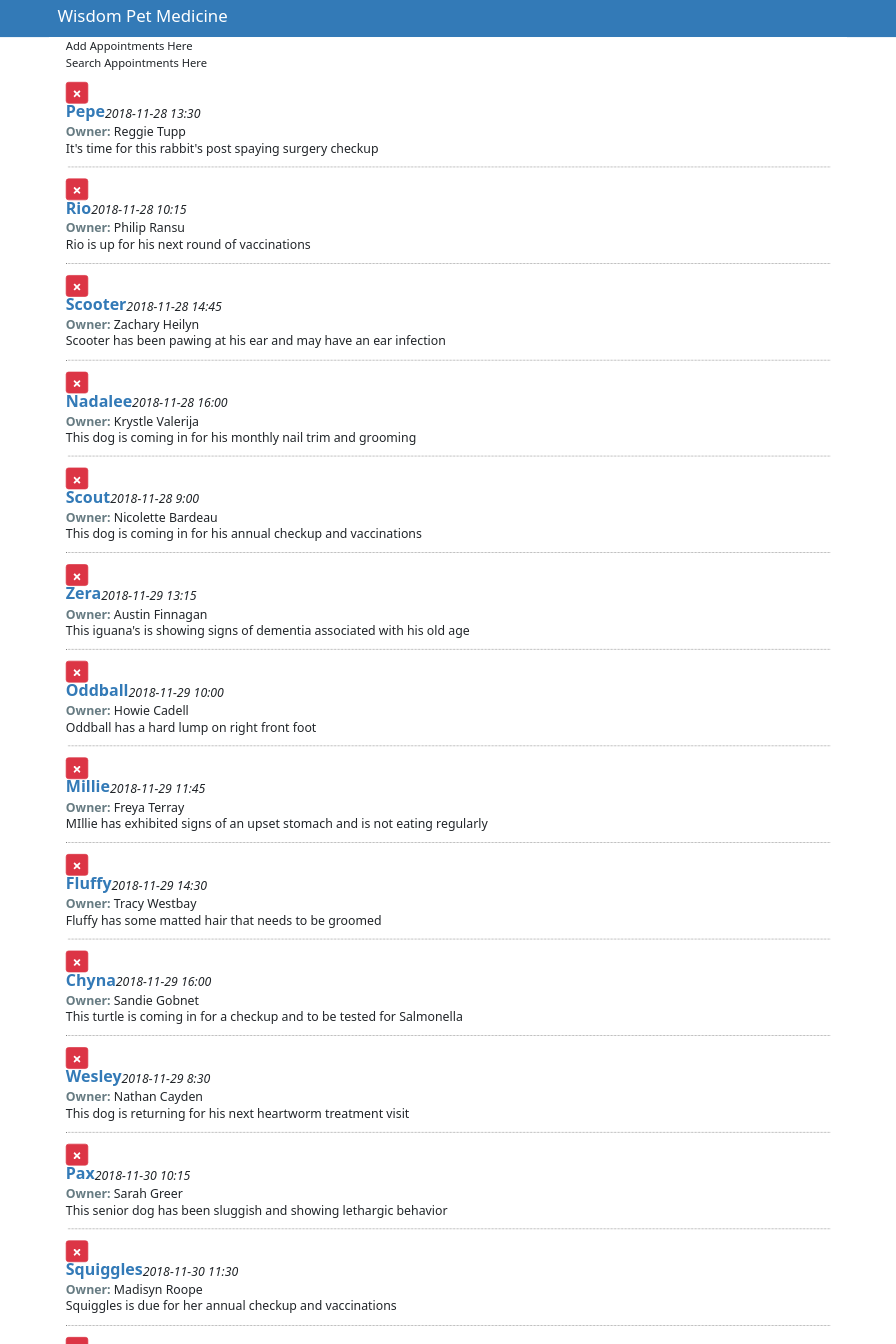
Repository: DevLuDaley/reactinterface
Page: /
These files come from the project's save history. The page is drawn as it stood at one moment and after the next save; the edit follows.
The browser window is 1280 px wide. The pictures show the part of the page from y = 0 to 1920 px (the page is 3618 px tall), at 70% of full size.
The project was rebuilt for these pictures with package versions that can differ from the ones it lists, and the page was loaded fresh each time.

Above is the page before, as saved 2021-02-04 18:54:36.

### public/index.html
<!DOCTYPE html>
<html lang="en">
  <head>
    <meta charset="utf-8" />
    <link rel="icon" href="%PUBLIC_URL%/favicon.ico" />
    <meta name="viewport" content="width=device-width, initial-scale=1" />
    <meta name="theme-color" content="#000000" />
    <meta
      name="description"
      content="Web site created using create-react-app"
    />
    <link rel="apple-touch-icon" href="%PUBLIC_URL%/logo192.png" />
    <!--
      manifest.json provides metadata used when your web app is installed on a
      user's mobile device or desktop. See https://developers.google.com/web/fundamentals/web-app-manifest/
    -->
    <link rel="manifest" href="%PUBLIC_URL%/manifest.json" />
    <!--
      Notice the use of %PUBLIC_URL% in the tags above.
      It will be replaced with the URL of the `public` folder during the build.
      Only files inside the `public` folder can be referenced from the HTML.

      Unlike "/favicon.ico" or "favicon.ico", "%PUBLIC_URL%/favicon.ico" will
      work correctly both with client-side routing and a non-root public URL.
      Learn how to configure a non-root public URL by running `npm run build`.
    -->
    <title>React App</title>
  </head>
  <body>
    <noscript>You need to enable JavaScript to run this app.</noscript>
    <header class="container text-white">
      <h4 class="py-2">Wisdom Pet Medicine</h4>
    </header>

    <div id="root"></div>

    <footer class="container d-flex text-white py-2">
      <p>
        All contents &copy; 2018
        <a href="https://www.linkedin.com/learning">LinkedIn Learning</a>. All
        rights reserved.
      </p>
      <div class="ml-auto">
        <a class="d-block text-white" href="#">Terms of use</a>
        <a class="d-block text-white" href="#">Privacy policy</a>
      </div>
      <!-- col-md-6 -->
    </footer>
    <!-- footer -->
  </body>
</html>

### src/index.js
import React from 'react';
import ReactDOM from 'react-dom';
import 'bootstrap/dist/css/bootstrap.css'
import './css/index.css';
import App from './components/App';
import reportWebVitals from './reportWebVitals';
// import * as serviceWorker from './serviceWorker';
import 'jquery/dist/jquery'
import 'popper.js/dist/umd/popper'
import 'bootstrap/dist/js/bootstrap'

ReactDOM.render(
  <React.StrictMode>
    <App />
  </React.StrictMode>,
  document.getElementById('root')
);

// If you want to start measuring performance in your app, pass a function
// to log results (for example: reportWebVitals(console.log))
// or send to an analytics endpoint. Learn more: https://bit.ly/CRA-vitals
// serviceWorker.unregister()
reportWebVitals();

### src/components/App.js
import React, { Component } from 'react'
import '../css/App.css';
import AddAppointments from './AddAppointments';
import SearchAppointments from './SearchAppointments';
import ListAppointments from './ListAppointments';

class App extends Component {
  constructor(props) {
    super(props);
    this.state = {
      // myName: 'LH',
      authorized: true,
      myAppointments: [],
      lastIndex: 0
     }
  }
  componentDidMount() {
    fetch('./data.json')
    .then(response => response.json())
    .then(result => {
      const apts = result.map(item => {
        item.aptId = this.state.lastIndex
        this.setState({ lastIndex: this.state.lastIndex + 1})
        return item;
      })
      this.setState({
        myAppointments: apts
      })
    })
  }

  render() {
    // const listItems = this.state.myAppointments.map(item => (
    //   <div>
    //     <div>
    //       {item.petName}
    //     </div>
    //       <div>{item.ownerName}</div>
    //   </div>
    // ))
    return (
      // <div className="App">
            <main className="page bg-white" id="petratings">
        <div className="container">
          <div className="row">
            <div className="col-md-12 bg-white">
              <div className="container">
              {/* { this.state.myName} */}
              {/* { listItems } */}
                <div> <AddAppointments /> </div>
                <div> <SearchAppointments authorized={true}/> </div>
                <div> <ListAppointments appointments={this.state.myAppointments} /> </div>
              </div>
            </div>
          </div>
        </div>
      </main>
    // </div>
      );
  }
}

export default App;

### src/components/AddAppointments.js
import React, { Component } from 'react'

class AddAppointments extends Component {
    constructor(props) {
        super(props);
        this.state = {  }
    }
    render() {
        return (
            <div>
                Add Appointments Here
            </div>
         );
    }
}

export default AddAppointments;

### src/components/SearchAppointments.js
import React, { Component } from 'react'
class SearchAppointments extends Component {
    constructor(props) {
        super(props);
        this.state = {  }
    }
    render() {
        return (
        <div>
            Search Appointments Here
        </div>
        );
    }
}

export default SearchAppointments;

### src/components/ListAppointments.js
import React, { Component } from 'react';
import { FaTimes } from 'react-icons/fa';
// import Moment from 'react-moment';

class ListAppointments extends Component {
  render() {
    return (
      <div className="appointment-list item-list mb-3">
        {this.props.appointments.map(item => (
          <div className="pet-item col media py-3" key={item.aptId}>
            <div className="mr-3">
              <button className="pet-delete btn btn-sm btn-danger">
                <FaTimes />
              </button>
            </div>

            <div className="pet-info media-body">
              <div className="pet-head d-flex">
                <span className="pet-name">{item.petName}</span>
                <span className="apt-date ml-auto">
                  {/* <Moment */}
                    {/* date= */}
                    {item.aptDate}
                    {/* parse="YYYY-MM-dd hh:mm" */}
                    {/* format="MMM-D h:mma" */}
                  {/* /> */}
                </span>
              </div>

              <div className="owner-name">
                <span className="label-item">Owner: </span>
                <span>{item.ownerName}</span>
              </div>
              <div className="apt-notes">{item.aptNotes}</div>
            </div>
          </div>
        ))}
      </div>
    );
  }
}

export default ListAppointments;

### public/data.json
[
  {
    "petName": "Pepe",
    "ownerName": "Reggie Tupp",
    "aptNotes": "It's time for this rabbit's post spaying surgery checkup",
    "aptDate": "2018-11-28 13:30"
  },
  {
    "petName": "Rio",
    "ownerName": "Philip Ransu",
    "aptNotes": "Rio is up for his next round of vaccinations",
    "aptDate": "2018-11-28 10:15"
  },
  {
    "petName": "Scooter",
    "ownerName": "Zachary Heilyn",
    "aptNotes": "Scooter has been pawing at his ear and may have an ear infection",
    "aptDate": "2018-11-28 14:45"
  },
  {
    "petName": "Nadalee",
    "ownerName": "Krystle Valerija",
    "aptNotes": "This dog is coming in for his monthly nail trim and grooming",
    "aptDate": "2018-11-28 16:00"
  },
  {
    "petName": "Scout",
    "ownerName": "Nicolette Bardeau",
    "aptNotes": "This dog is coming in for his annual checkup and vaccinations",
    "aptDate": "2018-11-28 9:00"
  },
  {
    "petName": "Zera",
    "ownerName": "Austin Finnagan",
    "aptNotes": "This iguana's is showing signs of dementia associated with his old age",
    "aptDate": "2018-11-29 13:15"
  },
  {
    "petName": "Oddball",
    "ownerName": "Howie Cadell",
    "aptNotes": "Oddball has a hard lump on right front foot",
    "aptDate": "2018-11-29 10:00"
  },
  {
    "petName": "Millie",
    "ownerName": "Freya Terray",
    "aptNotes": "MIllie has exhibited signs of an upset stomach and is not eating regularly",
    "aptDate": "2018-11-29 11:45"
  },
  {
    "petName": "Fluffy",
    "ownerName": "Tracy Westbay",
    "aptNotes": "Fluffy has some matted hair that needs to be groomed",
    "aptDate": "2018-11-29 14:30"
  },
  {
    "petName": "Chyna",
    "ownerName": "Sandie Gobnet",
    "aptNotes": "This turtle is coming in for a checkup and to be tested for Salmonella",
    "aptDate": "2018-11-29 16:00"
  },
  {
    "petName": "Wesley",
    "ownerName": "Nathan Cayden",
    "aptNotes": "This dog is returning for his next heartworm treatment visit",
    "aptDate": "2018-11-29 8:30"
  },
  {
    "petName": "Pax",
    "ownerName": "Sarah Greer",
    "aptNotes": "This senior dog has been sluggish and showing lethargic behavior",
    "aptDate": "2018-11-30 10:15"
  },
  {
    "petName": "Squiggles",
    "ownerName": "Madisyn Roope",
    "aptNotes": "Squiggles is due for her annual checkup and vaccinations",
    "aptDate": "2018-11-30 11:30"
  },
  {
    "petName": "Lucky",
    "ownerName": "Lisa Choy-Wu",
    "aptNotes": "This cat has tartar buildup and her owner would like his teeth cleaned",
    "aptDate": "2018-11-30 14:30"
  },
  {
    "petName": "Bailey",
    "ownerName": "Leslie Richardson",
    "aptNotes": "This cat is suffering from hotspots and dermatitis",
    "aptDate": "2018-11-30 15:45"
  },
  {
    "petName": "Kiko",
    "ownerName": "Kathlyn Zlata",
    "aptNotes": "Kiko has been exhibiting excessive thirst and weight loss for the past few weeks",
    "aptDate": "2018-11-30 9:00"
  },
  {
    "petName": "Felix",
    "ownerName": "Francine Benet",
    "aptNotes": "Felix's mom is coming in to follow up on  lab work results",
    "aptDate": "2018-12-1 13:00"
  },
  {
    "petName": "Sami",
    "ownerName": "Maggie Rickland",
    "aptNotes": "Sami has had some changes in his bathroom in habits",
    "aptDate": "2018-12-1 10:00"
  },
  {
    "petName": "Cosmo",
    "ownerName": "Jennifer Dawson",
    "aptNotes": "Cosmo's mom would like us to check for arthritic conditions and do a routine checkup",
    "aptDate": "2018-12-1 11:30"
  },
  {
    "petName": "Casper",
    "ownerName": "Dalania Devitto",
    "aptNotes": "This dog is coming in for a nail trim and grooming",
    "aptDate": "2018-12-1 15:15"
  },
  {
    "petName": "Chip",
    "ownerName": "Jason Hemlock",
    "aptNotes": "This fish has a spotty white patch developing on his back ",
    "aptDate": "2018-12-1 8:45"
  },
  {
    "petName": "Tibbs",
    "ownerName": "Shad Cayden",
    "aptNotes": "Tibbs has had an ongoing rash and cold symptoms and we are going to run allergy tests",
    "aptDate": "2018-12-2 13:30"
  },
  {
    "petName": "Stich",
    "ownerName": "Dennis Nicholback",
    "aptNotes": "Stich has been having some stomach issues and is due for his vaccinations",
    "aptDate": "2018-12-2 10:15"
  },
  {
    "petName": "Shadow",
    "ownerName": "Audry Topsy",
    "aptNotes": "This cat has a red swollen eye with a discharge",
    "aptDate": "2018-12-2 15:00"
  },
  {
    "petName": "Nugget",
    "ownerName": "Darla Branson",
    "aptNotes": "This little fish Nugget, has  a rash on his stomach area",
    "aptDate": "2018-12-2 9:00"
  }
]

Loaded but not shown: src/css/index.css (common file); src/reportWebVitals.js (common file); src/css/App.css (common file)

After the next save:
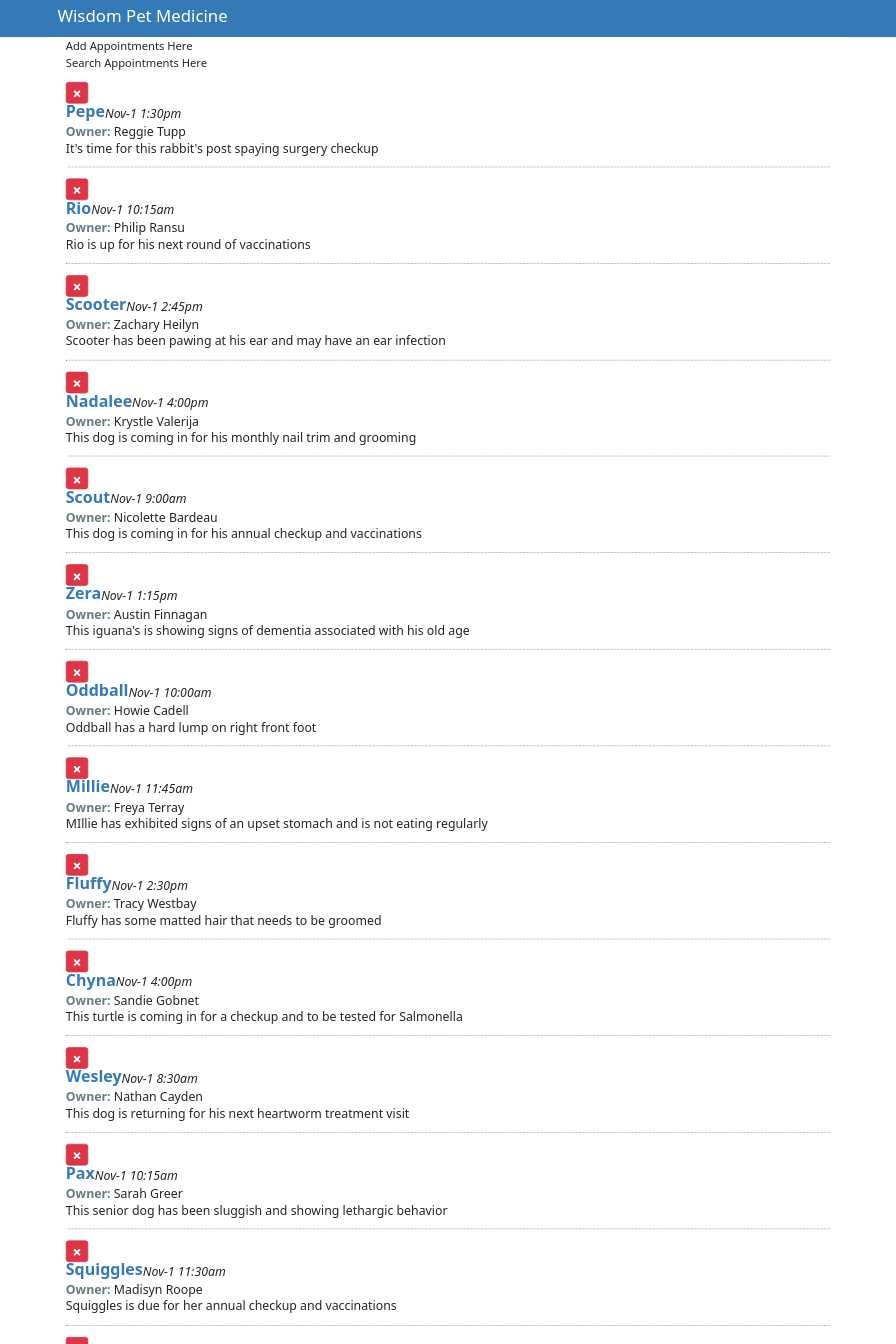
Saved 2 min 37 s later.
--- a/src/components/ListAppointments.js
+++ b/src/components/ListAppointments.js
@@ -1,6 +1,6 @@
 import React, { Component } from 'react';
 import { FaTimes } from 'react-icons/fa';
-// import Moment from 'react-moment';
+import Moment from 'react-moment';
 
 class ListAppointments extends Component {
   render() {
@@ -9,7 +9,9 @@
         {this.props.appointments.map(item => (
           <div className="pet-item col media py-3" key={item.aptId}>
             <div className="mr-3">
-              <button className="pet-delete btn btn-sm btn-danger">
+              <button
+                className="pet-delete btn btn-sm btn-danger"
+                onClick={() => this.props.deleteAppointment(item)}>
                 <FaTimes />
               </button>
             </div>
@@ -18,12 +20,11 @@
               <div className="pet-head d-flex">
                 <span className="pet-name">{item.petName}</span>
                 <span className="apt-date ml-auto">
-                  {/* <Moment */}
-                    {/* date= */}
-                    {item.aptDate}
-                    {/* parse="YYYY-MM-dd hh:mm" */}
-                    {/* format="MMM-D h:mma" */}
-                  {/* /> */}
+                  <Moment
+                    date={item.aptDate}
+                    parse="YYYY-MM-dd hh:mm"
+                    format="MMM-D h:mma"
+                  />
                 </span>
               </div>
 

After the 2 saves that followed:
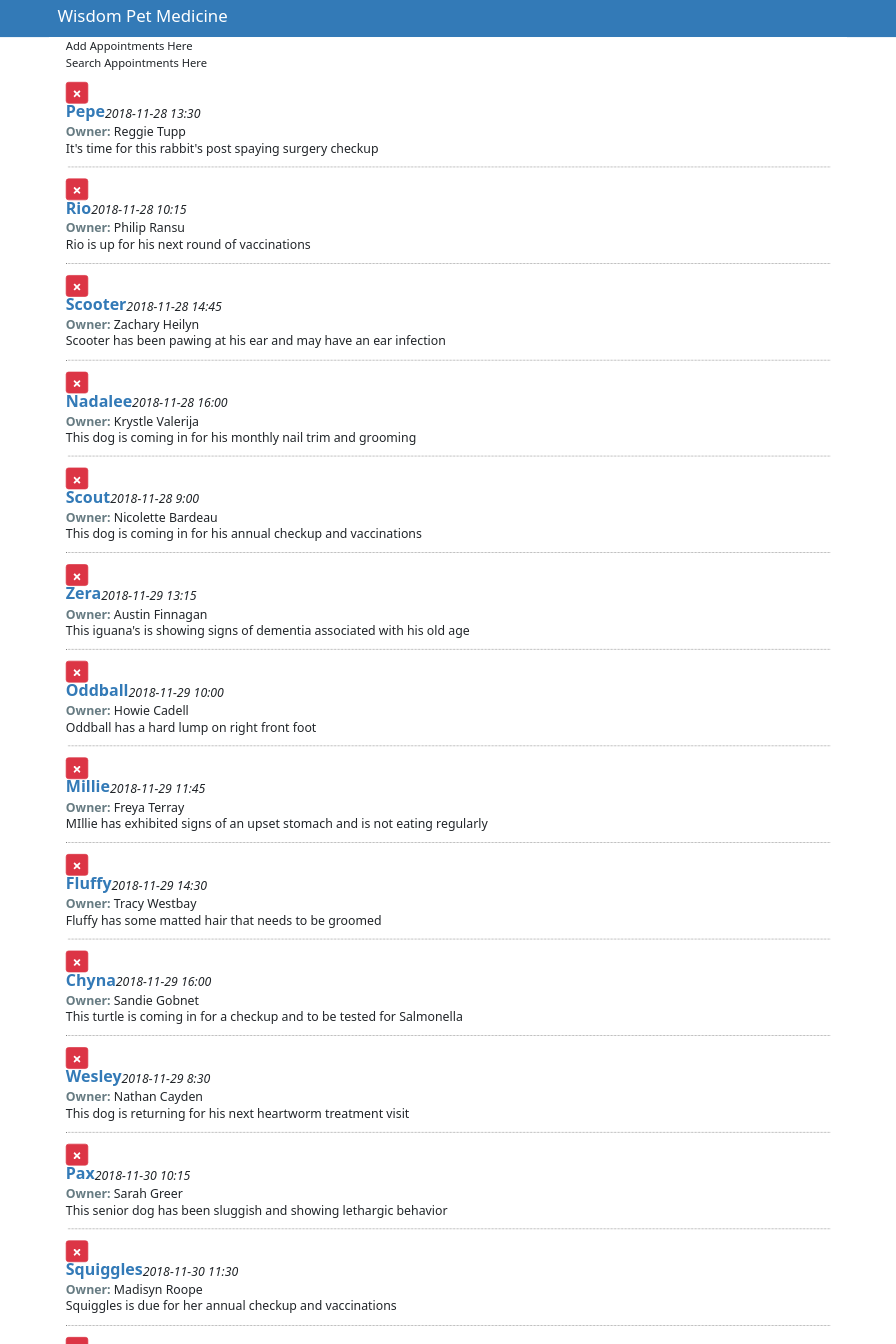
The 2 saves are shown as one change because 1 did not build or start.
The last was saved 32 s later.
--- a/src/components/ListAppointments.js
+++ b/src/components/ListAppointments.js
@@ -1,6 +1,6 @@
 import React, { Component } from 'react';
 import { FaTimes } from 'react-icons/fa';
-import Moment from 'react-moment';
+// import Moment from 'react-moment';
 
 class ListAppointments extends Component {
   render() {
@@ -20,11 +20,12 @@
               <div className="pet-head d-flex">
                 <span className="pet-name">{item.petName}</span>
                 <span className="apt-date ml-auto">
-                  <Moment
-                    date={item.aptDate}
-                    parse="YYYY-MM-dd hh:mm"
-                    format="MMM-D h:mma"
-                  />
+                  {/* <Moment */}
+                    {/* date= */}
+                    {item.aptDate}
+                    {/* parse="YYYY-MM-dd hh:mm" */}
+                    {/* format="MMM-D h:mma" */}
+                  {/* /> */}
                 </span>
               </div>
 
